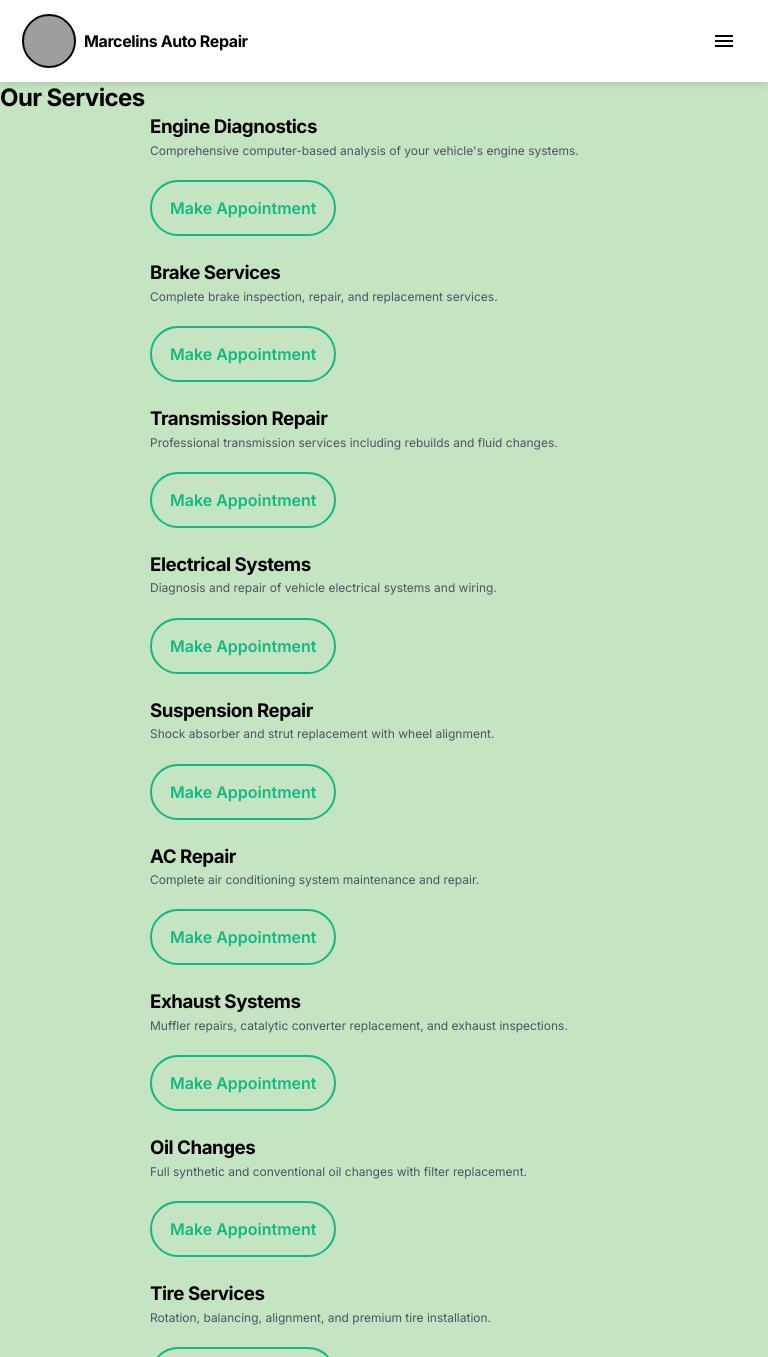
Repository: ilovegames507/twebsite-2
Page: frontend/public/service.html
These files come from the project's save history. The page is drawn as it stood at one moment and after the next save; the edit follows.
The browser window is 768 px wide. The pictures show the part of the page from y = 0 to 1357 px (the page is 2618 px tall before and 2410 px after).
Pictures or frames that could not be fetched are drawn as grey boxes. A picture or video elsewhere on the page could not be fetched, so the positions and the page height are approximate.

Above is the page before, as saved 2025-03-18 23:36:43.

### frontend/public/service.html
<!DOCTYPE html>
<html lang="en">
<head>
  <meta charset="UTF-8" />
  <meta name="viewport" content="width=device-width, initial-scale=1.0" />
  <link rel="preconnect" href="https://fonts.googleapis.com" />
  <link rel="preconnect" href="https://fonts.gstatic.com" crossorigin />
  <link
    href="https://fonts.googleapis.com/css2?family=Inter:ital,opsz,wght@0,14..32,100..900;1,14..32,100..900&family=Source+Code+Pro:ital,wght@0,200..900;1,200..900&display=swap"
    rel="stylesheet" />
  <link rel="stylesheet" href="styles/modern-normalize.css" />
  <link rel="stylesheet" href="styles/global.css" />
  <link rel="stylesheet" href="styles/components/header.css" />
  <link rel="stylesheet" href="styles/components/service.css" />
  <link rel="stylesheet" href="styles/components/footer.css" />
  <link rel="stylesheet" href="styles/utils.css" />
  <script type="module" src="src/main.js"></script>
  <link rel="icon" type="image/x-icon" href="/src/Images/favicon.ico">
  <title>Marcelins Auto Repair</title>
</head>
<body>
  <header class="header"></header>
  <section class="pricing">
    <div class="pricing__container">
      <h2 class="pricing__title">Our Services</h2>
      <div class="services__grid">
        <!-- Service Card 1 -->
        <div class="pricing__card">
          <h3 class="pricing__package">Engine Diagnostics</h3>
          <p class="service__description">Comprehensive computer-based analysis of your vehicle's engine systems.</p>
          <button class="service__cta">Make Appointment</button>
        </div>

        <!-- Service Card 2 -->
        <div class="pricing__card">
          <h3 class="pricing__package">Brake Services</h3>
          <p class="service__description">Complete brake inspection, repair, and replacement services.</p>
          <button class="service__cta">Make Appointment</button>
        </div>

        <!-- Service Card 3 -->
        <div class="pricing__card">
          <h3 class="pricing__package">Transmission Repair</h3>
          <p class="service__description">Professional transmission services including rebuilds and fluid changes.</p>
          <button class="service__cta">Make Appointment</button>
        </div>

        <!-- Service Card 4 -->
        <div class="pricing__card">
          <h3 class="pricing__package">Electrical Systems</h3>
          <p class="service__description">Diagnosis and repair of vehicle electrical systems and wiring.</p>
          <button class="service__cta">Make Appointment</button>
        </div>

        <!-- Service Card 5 -->
        <div class="pricing__card">
          <h3 class="pricing__package">Suspension Repair</h3>
          <p class="service__description">Shock absorber and strut replacement with wheel alignment.</p>
          <button class="service__cta">Make Appointment</button>
        </div>

        <!-- Service Card 6 -->
        <div class="pricing__card">
          <h3 class="pricing__package">AC Repair</h3>
          <p class="service__description">Complete air conditioning system maintenance and repair.</p>
          <button class="service__cta">Make Appointment</button>
        </div>

        <!-- Service Card 7 -->
        <div class="pricing__card">
          <h3 class="pricing__package">Exhaust Systems</h3>
          <p class="service__description">Muffler repairs, catalytic converter replacement, and exhaust inspections.</p>
          <button class="service__cta">Make Appointment</button>
        </div>

        <!-- Service Card 8 -->
        <div class="pricing__card">
          <h3 class="pricing__package">Oil Changes</h3>
          <p class="service__description">Full synthetic and conventional oil changes with filter replacement.</p>
          <button class="service__cta">Make Appointment</button>
        </div>

        <!-- Service Card 9 -->
        <div class="pricing__card">
          <h3 class="pricing__package">Tire Services</h3>
          <p class="service__description">Rotation, balancing, alignment, and premium tire installation.</p>
          <button class="service__cta">Make Appointment</button>
        </div>

        <!-- Service Card 10 -->
        <div class="pricing__card">
          <h3 class="pricing__package">Pre-Purchase Inspection</h3>
          <p class="service__description">Comprehensive 150-point vehicle inspection for used cars.</p>
          <button class="service__cta">Make Appointment</button>
        </div>
      </div>
    </div>
  </section>
  <footer class="footer"></footer>
</body>
</html>

### frontend/public/styles/modern-normalize.css
/*! modern-normalize v3.0.1 | MIT License | https://github.com/sindresorhus/modern-normalize */

/*
Document
========
*/

/**
Use a better box model (opinionated).
*/

*,
::before,
::after {
  box-sizing: border-box;
}

html {
  /* Improve consistency of default fonts in all browsers. (https://github.com/sindresorhus/modern-normalize/issues/3) */
  font-family: system-ui, "Segoe UI", Roboto, Helvetica, Arial, sans-serif,
    "Apple Color Emoji", "Segoe UI Emoji";
  line-height: 1.15; /* 1. Correct the line height in all browsers. */
  -webkit-text-size-adjust: 100%; /* 2. Prevent adjustments of font size after orientation changes in iOS. */
  tab-size: 4; /* 3. Use a more readable tab size (opinionated). */
}

/*
Sections
========
*/

body {
  margin: 0; /* Remove the margin in all browsers. */
}

/*
Text-level semantics
====================
*/

/**
Add the correct font weight in Chrome and Safari.
*/

b,
strong {
  font-weight: bolder;
}

/**
1. Improve consistency of default fonts in all browsers. (https://github.com/sindresorhus/modern-normalize/issues/3)
2. Correct the odd 'em' font sizing in all browsers.
*/

code,
kbd,
samp,
pre {
  font-family: ui-monospace, SFMono-Regular, Consolas, "Liberation Mono", Menlo,
    monospace; /* 1 */
  font-size: 1em; /* 2 */
}

/**
Add the correct font size in all browsers.
*/

small {
  font-size: 80%;
}

/**
Prevent 'sub' and 'sup' elements from affecting the line height in all browsers.
*/

sub,
sup {
  font-size: 75%;
  line-height: 0;
  position: relative;
  vertical-align: baseline;
}

sub {
  bottom: -0.25em;
}

sup {
  top: -0.5em;
}

/*
Tabular data
============
*/

/**
Correct table border color inheritance in Chrome and Safari. (https://issues.chromium.org/issues/40615503, https://bugs.webkit.org/show_bug.cgi?id=195016)
*/

table {
  border-color: currentcolor;
}

/*
Forms
=====
*/

/**
1. Change the font styles in all browsers.
2. Remove the margin in Firefox and Safari.
*/

button,
input,
optgroup,
select,
textarea {
  font-family: inherit; /* 1 */
  font-size: 100%; /* 1 */
  line-height: 1.15; /* 1 */
  margin: 0; /* 2 */
}

/**
Correct the inability to style clickable types in iOS and Safari.
*/

button,
[type="button"],
[type="reset"],
[type="submit"] {
  appearance: button;
  -webkit-appearance: button;
}

/**
Remove the padding so developers are not caught out when they zero out 'fieldset' elements in all browsers.
*/

legend {
  padding: 0;
}

/**
Add the correct vertical alignment in Chrome and Firefox.
*/

progress {
  vertical-align: baseline;
}

/**
Correct the cursor style of increment and decrement buttons in Safari.
*/

::-webkit-inner-spin-button,
::-webkit-outer-spin-button {
  height: auto;
}

/**
1. Correct the odd appearance in Chrome and Safari.
2. Correct the outline style in Safari.
*/

[type="search"] {
  appearance: textfield;
  -webkit-appearance: textfield; /* 1 */
  outline-offset: -2px; /* 2 */
}

/**
Remove the inner padding in Chrome and Safari on macOS.
*/

::-webkit-search-decoration {
  -webkit-appearance: none;
}

/**
1. Correct the inability to style clickable types in iOS and Safari.
2. Change font properties to 'inherit' in Safari.
*/

::-webkit-file-upload-button {
  -webkit-appearance: button; /* 1 */
  font: inherit; /* 2 */
}

/*
Interactive
===========
*/

/*
Add the correct display in Chrome and Safari.
*/

summary {
  display: list-item;
}

### frontend/public/styles/global.css
:root {
  /* fonts */
  --font-primary: 'Inter', sans-serif;
  --font-secondary: 'Source Code Pro', monospace;

  /* colors */
  --clr-dark: #000000;
  --clr-gray: #2b2b2b;
  --clr-light: #c5e4c1;
  --clr-white: rgb(255, 255, 255);
  --clr-green: #10b981;
  --clr-green-hvr: #10996b;

  --clr-slate50: #f8fafc;
  --clr-slate100: #f1f5f9;
  --clr-slate300: #cbd5e1;
  --clr-text: #94a3b8;
  --clr-slate800: #1e293b;
  --clr-bg: #0a101f;

  --clr-muted: #4a5566;

  /* shadow */
  --shadow: 0 4px 6px -1px rgba(0, 0, 0, 0.1);

  /* transtion */
  --transition: all 0.3s cubic-bezier(0.4, 0, 0.2, 1);

  /* sizes */
  --size-xxs: 0.5rem;
  --size-xs: 0.75rem;
  --size-sm: 0.875rem;
  --size-base: 1rem;
  --size-lg: 1.125rem;
  --size-xl: 1.25rem;
  --size-2xl: 1.5rem;
  --size-3xl: 1.875rem;
  --size-4xl: 2.25rem;
  --size-5xl: 3rem;
  --size-6xl: 3.75rem;
  --size-7xl: 4.5rem;
  --size-8xl: 6rem;
  --size-9xl: 8rem;
  --size-10xl: 10rem;
}

* {
  margin: 0;
  padding: 0;
  line-height: calc(1em + 0.5rem);
  animation: fadeIn 0.5s cubic-bezier(0.4, 0, 0.2, 1) both;
  animation-delay: 0.01s;
}

body {
  font-family: var(--font-primary);
  background-color: var(--clr-light);
  color: var(--clr-dark);
}

img,
picture,
video,
canvas,
svg {
  display: block;
  max-width: 100%;
}

input,
button,
textarea,
select {
  font: inherit;
}

button {
  border: none;
  background: none;
  color: inherit;
  cursor: pointer;
}

h1,
h2,
h3,
h4,
h5,
h6 {
  letter-spacing: -0.025em;
}

p {
  color: var(--clr-text);
}

a {
  color: var(--clr-slate50);
}

strong {
  color: #ff0000;
  font-weight: 800;
}

button:focus-visible,
a:focus-visible {
  outline: solid var(--clr-light);
}

body::-webkit-scrollbar {
  width: 5px;
}

body::-webkit-scrollbar-track {
  background: #dbdbdb;
  box-shadow: inset 0 0 6 px rgba(0, 0, 0, 0);
}

body::-webkit-scrollbar-thumb {
  background: #bebebe;
  border-radius: 1000px;
}

body::-webkit-scrollbar-thumb:hover {
  background: #555;
}

@keyframes fadeIn {
  from {
    opacity: 0;
    transform: translateY(-20px);
  }

  to {
    opacity: 1;
    transform: translateY(0);
  }
}

h1,
h2,
h3,
h4,
h5,
h6 {
  animation-delay: 0.3s;
}

p,
a,
button {
  animation-delay: 0.4s;
}

img {
  animation-delay: 0.5s;
}

### frontend/public/styles/components/header.css
.header {
  position: sticky;
  top: 0;
  background: var(--clr-white);
  backdrop-filter: blur(8px);
  z-index: 9999;
  box-shadow: var(--shadow);
}

.header__container {
  display: flex;
  justify-content: space-between;
  align-items: center;
  padding: 1rem 1.5rem;
  max-width: 1440px;
  margin: 0 auto;
}

.header__title-container{
  display: flex;
  flex-direction: row;
  gap: 10px;
}

.header__title {
  color: var(--clr-dark);
  font-family: var(--font-primary);
  font-size: var(--size-2xl);
  font-weight: 700;
  letter-spacing: -0.025em;
  text-decoration: none;
  transition: var(--transition);
  display: inline-flex;
  align-items: center;
  gap: 1rem;
}

.header__title-text {
  transition: var(--transition);
}

.header__logo {
  background-image: linear-gradient(rgba(0, 0, 0, 0.5), rgba(0, 0, 0, 0.5)),
    url('https://placehold.co/1920x1080');
  max-width: 50px;
  max-height: 50px;
  height: auto;
  cursor: pointer;
  outline: 2px solid var(--clr-dark);
  transition: var(--transition);
  border-radius: 50%;
}

.header__nav {
  display: flex;
  gap: 2rem;
  align-items: center;
}

.header__link {
  color: var(--clr-dark);
  font-family: var(--font-primary);
  font-size: 0.875rem;
  font-weight: 500;
  text-decoration: none;
  transition: var(--transition);
  padding: 0.5rem 1rem;
  border-radius: 0.375rem;
}

.header__link:hover {
  background: rgba(255, 255, 255, 0.1);
}

.header__btn {
  background: var(--clr-accent);
  color: var(--clr-white);
  background: var(--clr-dark);
  padding: 0.5rem 1.25rem;
  border-radius: 0.375rem;
  font-weight: 600;
  transition: var(--transition);
}

.header__btn:hover {
  background: var(--clr-gray);
}

.header__bars {
  display: none;
  color: var(--clr-light);
  background: none;
  padding: 0.5rem;
  border-radius: 0.375rem;
}

@media (max-width: 825px) {
  .header__nav {
    display: none;
  }

  .header__bars {
    display: block;
  }

  .header__title-text {
    display: block;
  }

  .header__logo {
    display: none;
  }

  .header--mobile-open .header__nav {
    display: flex;
    flex-direction: column;
    position: absolute;
    background: var(--clr-white);
    top: 100%;
    left: 0;
    right: 0;
    padding: 1rem;
    gap: 0.5rem;
  }

  .header--mobile-open .header__logo {
    display: block;
    max-width: 50px;
  }

  .header--mobile-open .header__link {
    width: 100%;
    text-align: center;
    padding: 0.75rem;
  }

  .header--mobile-open .header__btn-container {
    display: flex;
    flex-direction: column;
    gap: 0.5rem;
    margin-top: 1rem;
  }
}

@media (max-width: 768px) {
  .header__title {
    font-size: var(--size-base);
  }

  .header__logo {
    display: block;
    max-width: 60px;
  }
}

@media (max-width: 480px) {
  .header__logo {
    max-width: 50px;
  }

  .header__container {
    padding: 0.75rem 1rem;
  }
}

### frontend/public/styles/components/service.css
.services__grid {
    display: grid;
    grid-template-columns: repeat(auto-fit, minmax(280px, 1fr));
    gap: var(--size-2xl);
    padding: 0 var(--size-base);
  }

  /* Service Card */
  .service__card {
    background: var(--clr-white);
    border-radius: 16px;
    padding: var(--size-2xl);
    box-shadow: 0 4px 6px rgba(0, 0, 0, 0.05);
    transition: var(--transition);
    display: flex;
    flex-direction: column;
    border: 1px solid var(--clr-slate100);
  }

  .service__card:hover {
    transform: translateY(-5px);
    box-shadow: 0 8px 24px rgba(0, 0, 0, 0.1);
  }

  /* Service Icon */
  .service__icon {
    width: 64px;
    height: 64px;
    background: var(--clr-slate50);
    border-radius: 12px;
    display: flex;
    align-items: center;
    justify-content: center;
    margin-bottom: var(--size-xl);
  }

  .service__icon svg {
    width: var(--size-2xl);
    height: var(--size-2xl);
    color: var(--clr-green);
  }

  /* Service Content */
  .service__content {
    flex: 1;
    display: flex;
    flex-direction: column;
  }

  .service__title {
    font-size: var(--size-lg);
    color: var(--clr-dark);
    margin-bottom: var(--size-sm);
    line-height: 1.3;
  }

  .service__description {
    color: var(--clr-muted);
    font-size: var(--size-sm);
    line-height: 1.6;
    margin-bottom: var(--size-xl);
    flex-grow: 1;
  }

  /* CTA Button */
  .service__cta {
    background: transparent;
    color: var(--clr-green);
    padding: var(--size-sm) var(--size-lg);
    border: 2px solid var(--clr-green);
    border-radius: 50px;
    font-weight: 600;
    display: flex;
    align-items: center;
    justify-content: center;
    gap: var(--size-xs);
    transition: var(--transition);
    margin-top: auto;
  }

  .service__cta svg {
    width: var(--size-base);
    height: var(--size-base);
    transition: transform 0.3s ease;
  }

  .service__cta:hover {
    background: var(--clr-green);
    color: var(--clr-white);
    box-shadow: var(--shadow);
  }

  .service__cta:hover svg {
    transform: translateX(3px);
  }

  /* Responsive Design */
  @media (max-width: 768px) {
    .services__grid {
      grid-template-columns: 1fr;
      max-width: 500px;
      margin: 0 auto;
    }

    .service__title {
      font-size: var(--size-base);
    }

    .service__description {
      font-size: var(--size-xs);
    }
  }

### frontend/public/styles/components/footer.css
html {
    height: 100%;
}

body {
    min-height: 100vh;
    display: flex;
    flex-direction: column;
}

main {
    flex: 1 0 auto;
    width: 100%;
}

.footer {
    background-color: var(--clr-dark);
    color: var(--clr-white);
    padding: var(--size-4xl) 0 0;
    margin-top: auto;
}

.footer__container {
    max-width: 1440px;
    margin: 0 auto;
    padding: 0 var(--size-2xl);
}

.footer__content {
    display: grid;
    grid-template-columns: repeat(auto-fit, minmax(250px, 1fr));
    gap: var(--size-2xl);
    padding-bottom: var(--size-4xl);
}

.footer__section {
    display: flex;
    flex-direction: column;
    gap: var(--size-base);
}

.footer__heading {
    font-size: var(--size-lg);
    font-weight: 600;
    margin-bottom: var(--size-xs);
    color: var(--clr-white);
}

.footer__text {
    font-size: var(--size-sm);
    color: var(--clr-slate300);
    line-height: 1.6;
}

.footer__link {
    color: var(--clr-slate300);
    text-decoration: none;
    font-size: var(--size-sm);
    transition: var(--transition);
}

.footer__link:hover {
    color: var(--clr-light);
    transform: translateX(4px);
}

.footer__socials {
    display: flex;
}

.footer__social-link {
    color: var(--clr-slate300);
    transition: var(--transition);
    padding: var(--size-4xl);
    display: flex;
}

.footer__social-link:hover {
    color: var(--clr-light);
    transform: translateY(-2px);
}

.footer__bottom {
    border-top: 1px solid rgba(255, 255, 255, 0.1);
    padding: var(--size-xl) 0;
    text-align: center;
}

.footer__copy {
    font-size: var(--size-sm);
    color: var(--clr-slate300);
    margin: 0;
}

@media (max-width: 768px) {
    .footer__content {
        grid-template-columns: 1fr;
        text-align: center;
    }

    .footer__section {
        align-items: center;
    }

    .footer__link:hover {
        transform: none;
    }
}

### frontend/public/styles/utils.css
/* xs */
/* @media (min-width: 475px) {} */

/* sm */
/* @media (min-width: 640px) {} */

/* md */
/* @media (min-width: 768px) {} */

/* lg */
/* @media (min-width: 1024px) {} */

/* xl */
/* @media (min-width: 1280px) {} */

/* 2xl */
/* @media (min-width: 1536px) {} */

.container {
    width: 100%;
    margin-inline: auto;
    padding-inline: 0.5rem;
  }

  .btn {
    display: inline-block;
    background-color: rgb(255, 255, 255);
    color: var(--clr-dark);
    padding: 0.5em 1em;
    font-weight: 500;
    border-radius: 6px;
    line-height: 1.75rem;
    text-decoration: none;
    transition: 0.2s ease-in-out;
  }

  .btn:hover {
    transform: translateY(2px);
    background-color: rgb(168, 168, 168);
  }

  btn:focus-visible {
    outline: solid var(--clr-text);
  }

  .section {
    margin-top: 5rem;
  }

  .title {
    text-transform: uppercase;
    margin-bottom: 1rem;
    font-family: var(--font-secondary);
    color: var(--clr-text);
    font-size: var(--size-base);
  }

  /* xs */
  @media (min-width: 475px) {
    .container {
      max-width: 475px;
    }
  }

  /* sm */
  @media (min-width: 640px) {
    .container {
      max-width: 640px;
    }

    .title {
      font-size: var(--size-sm);
    }
  }

  /* md */
  @media (min-width: 768px) {
    .container {
      max-width: 768px;
    }
  }

  /* lg */
  @media (min-width: 1024px) {
    .container {
      max-width: 1024px;
    }

    .section {
      margin-top: 10rem;
    }

    .title {
      font-size: var(--size-base);
    }
  }

  /* xl */
  @media (min-width: 1280px) {
    .container {
      max-width: 1280px;
    }
  }

  /* 2xl */
  @media (min-width: 1536px) {
    .container {
      max-width: 1536px;
    }
  }

### frontend/public/src/main.js
import header_import from "./utils/header.js";
import footer_import from "./utils/footer.js";

header_import();
footer_import();

Loaded but not shown: frontend/public/src/utils/footer.js (56 lines, source omitted); frontend/public/src/utils/header.js (40 lines, source omitted)

After the next save:
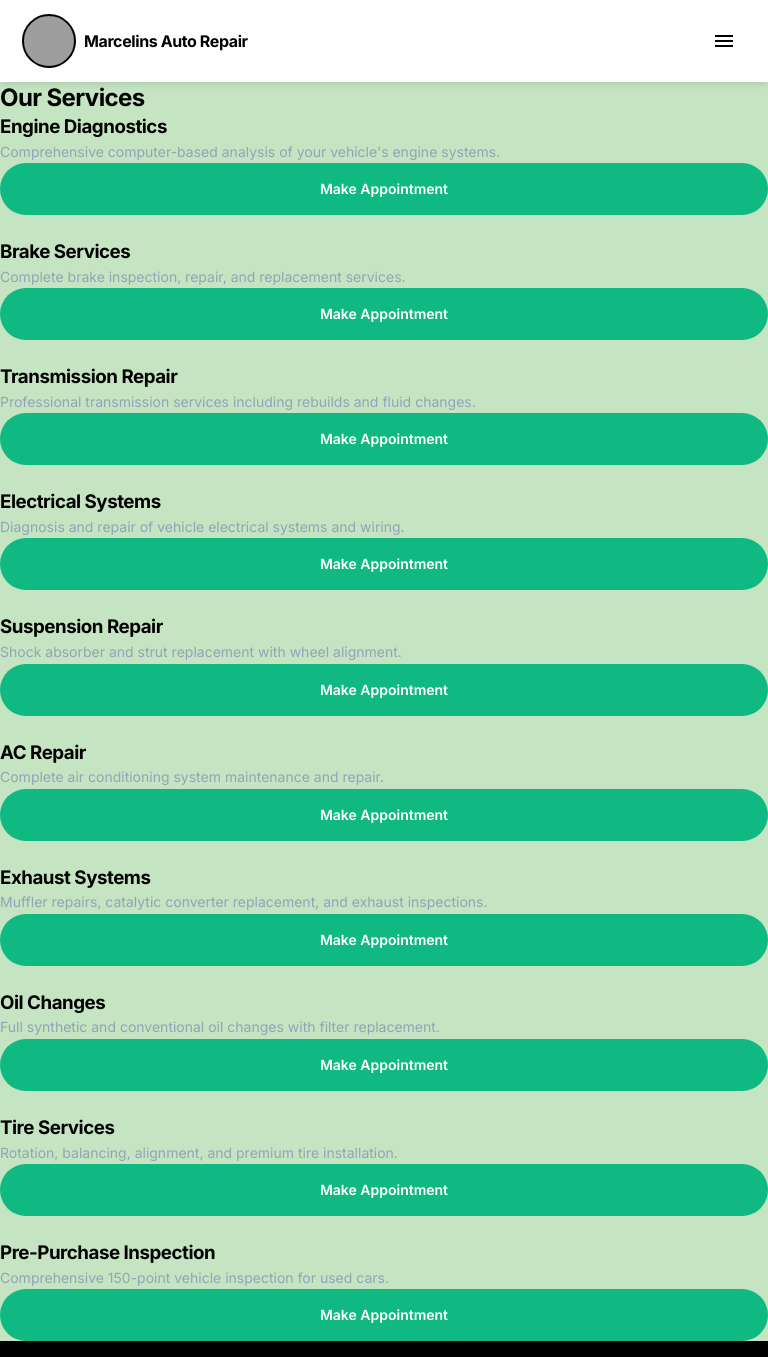
Saved 2 s later.
--- a/frontend/public/styles/components/service.css
+++ b/frontend/public/styles/components/service.css
@@ -1,112 +1,86 @@
-.services__grid {
-    display: grid;
-    grid-template-columns: repeat(auto-fit, minmax(280px, 1fr));
-    gap: var(--size-2xl);
-    padding: 0 var(--size-base);
+/* Services Section */
+.services {
+    padding: var(--size-8xl) 0;
+    background-color: var(--clr-light);
   }
 
-  /* Service Card */
+  .services__container {
+    max-width: 1200px;
+    margin: 0 auto;
+    padding: 0 var(--size-2xl);
+  }
+
+  .services__title {
+    font-size: var(--size-4xl);
+    text-align: center;
+    margin-bottom: var(--size-5xl);
+    color: var(--clr-dark);
+  }
+
+  .services__grid {
+    display: grid;
+    grid-template-columns: repeat(auto-fit, minmax(300px, 1fr));
+    gap: var(--size-2xl);
+  }
+
   .service__card {
     background: var(--clr-white);
-    border-radius: 16px;
+    border-radius: 12px;
     padding: var(--size-2xl);
-    box-shadow: 0 4px 6px rgba(0, 0, 0, 0.05);
+    box-shadow: var(--shadow);
     transition: var(--transition);
     display: flex;
     flex-direction: column;
-    border: 1px solid var(--clr-slate100);
+    gap: var(--size-base);
   }
 
   .service__card:hover {
     transform: translateY(-5px);
-    box-shadow: 0 8px 24px rgba(0, 0, 0, 0.1);
   }
 
-  /* Service Icon */
-  .service__icon {
-    width: 64px;
-    height: 64px;
-    background: var(--clr-slate50);
-    border-radius: 12px;
-    display: flex;
-    align-items: center;
-    justify-content: center;
-    margin-bottom: var(--size-xl);
-  }
-
-  .service__icon svg {
-    width: var(--size-2xl);
-    height: var(--size-2xl);
-    color: var(--clr-green);
-  }
-
-  /* Service Content */
-  .service__content {
-    flex: 1;
-    display: flex;
-    flex-direction: column;
-  }
-
-  .service__title {
-    font-size: var(--size-lg);
+  .service__package {
+    font-size: var(--size-xl);
     color: var(--clr-dark);
-    margin-bottom: var(--size-sm);
-    line-height: 1.3;
+    margin-bottom: var(--size-xs);
   }
 
   .service__description {
-    color: var(--clr-muted);
+    color: var(--clr-text);
     font-size: var(--size-sm);
     line-height: 1.6;
-    margin-bottom: var(--size-xl);
     flex-grow: 1;
   }
 
-  /* CTA Button */
   .service__cta {
-    background: transparent;
-    color: var(--clr-green);
-    padding: var(--size-sm) var(--size-lg);
-    border: 2px solid var(--clr-green);
+    background-color: var(--clr-green);
+    color: var(--clr-white);
+    padding: var(--size-sm) var(--size-base);
     border-radius: 50px;
     font-weight: 600;
-    display: flex;
-    align-items: center;
-    justify-content: center;
-    gap: var(--size-xs);
     transition: var(--transition);
-    margin-top: auto;
-  }
-
-  .service__cta svg {
-    width: var(--size-base);
-    height: var(--size-base);
-    transition: transform 0.3s ease;
+    width: 100%;
+    font-size: var(--size-sm);
+    text-align: center;
+    text-decoration: none;
+    display: block;
   }
 
   .service__cta:hover {
-    background: var(--clr-green);
-    color: var(--clr-white);
+    background-color: var(--clr-green-hvr);
+    transform: translateY(-2px);
     box-shadow: var(--shadow);
   }
 
-  .service__cta:hover svg {
-    transform: translateX(3px);
-  }
-
-  /* Responsive Design */
   @media (max-width: 768px) {
     .services__grid {
       grid-template-columns: 1fr;
-      max-width: 500px;
-      margin: 0 auto;
     }
 
-    .service__title {
-      font-size: var(--size-base);
+    .services__title {
+      font-size: var(--size-3xl);
     }
 
-    .service__description {
-      font-size: var(--size-xs);
+    .service__package {
+      font-size: var(--size-lg);
     }
   }
